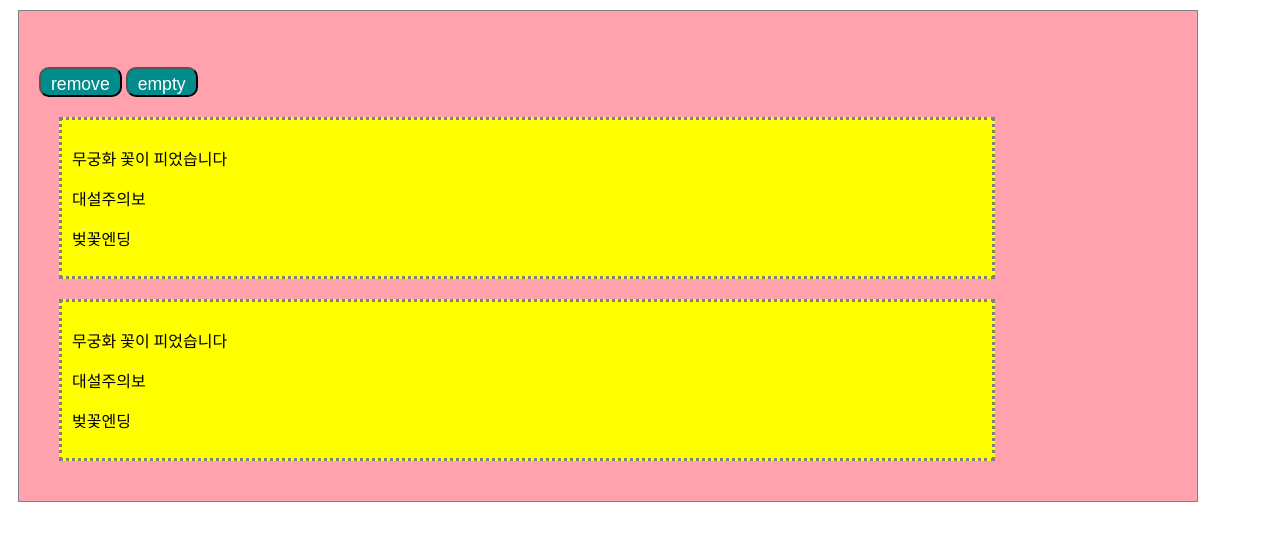
Repository: jeje0130/html
Page: jqpro/WebContent/0128/삭제메서드.html
The author's editor kept a copy of each file at every save. The page is drawn from the files as they stood at one save, then again after the next save.
The browser window is 1280 px wide. The pictures show the whole page.

Above is the page before, as saved 2021-01-28 01:39:18.

After the next save:
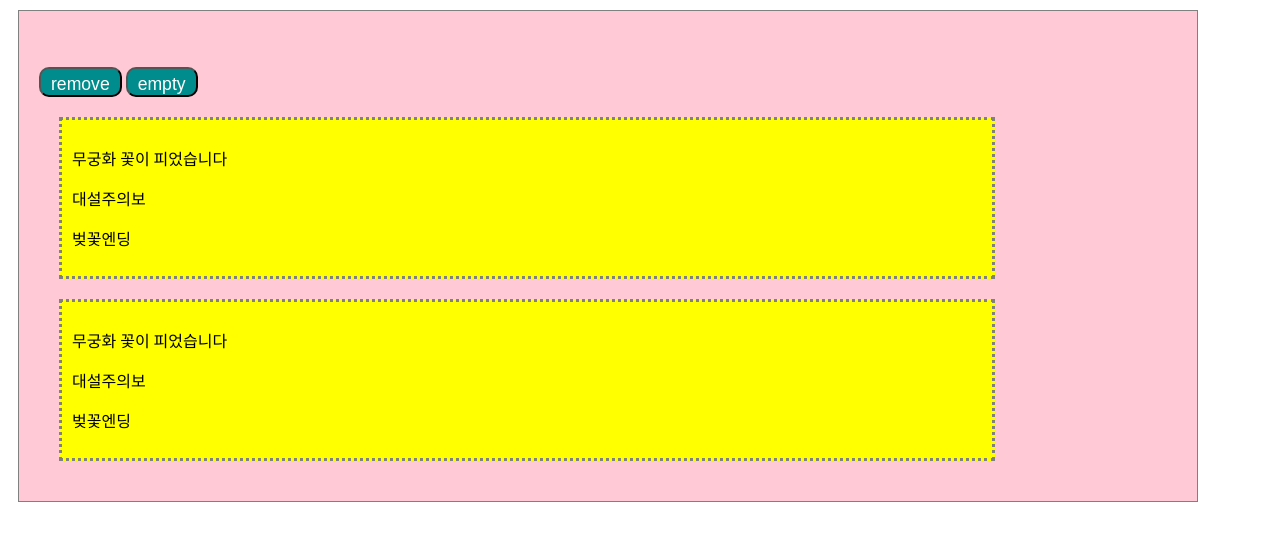
Saved 10 s later.
--- a/jqpro/WebContent/css/public.css
+++ b/jqpro/WebContent/css/public.css
@@ -19,7 +19,7 @@ div.box{
 	margin: 10px;
 	padding: 20px;
 	border: 1px solid gray;
-	background: #FFA2AD;
+	background: #FFCAD5;
 }
 
 .box input[type = button]{
